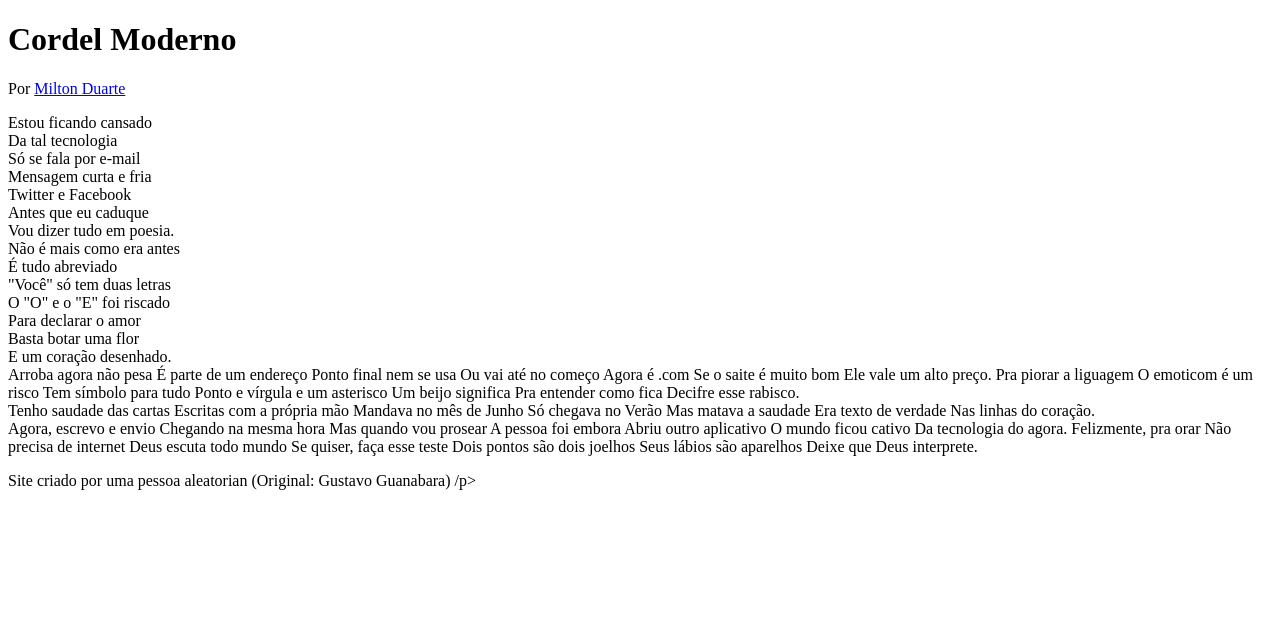
Repository: Codigo404q/html-css
Page: AHAHAHAHAHAHAHHHHHHHHHAHAHAHAHAHAHHAHAH/d012/index.html
These files come from the project's save history. The page is drawn as it stood at one moment and after a run of saves; the edit follows.
The browser window is 1280 px wide. The pictures show the whole page.

Above is the page before, as saved 2024-01-07 22:41:41.

After the next 4 saves:
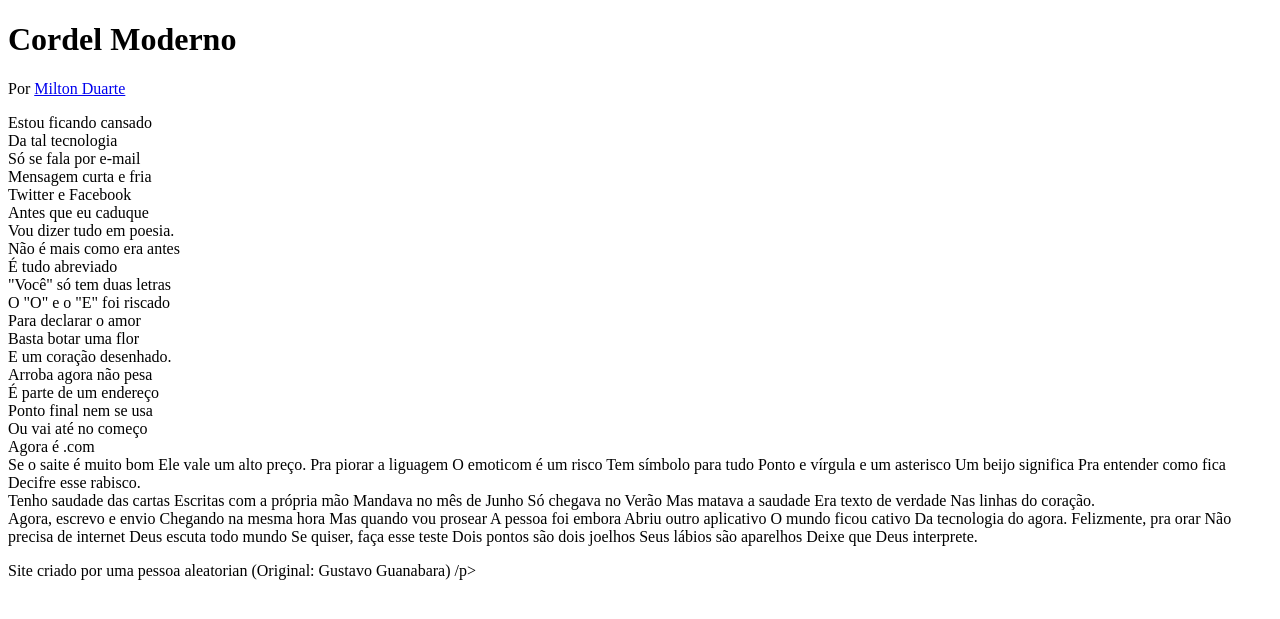
The 4 saves are shown as one change because they came seconds apart.
The last was saved 16 s later.
--- a/AHAHAHAHAHAHAHHHHHHHHHAHAHAHAHAHAHHAHAH/d012/index.html
+++ b/AHAHAHAHAHAHAHHHHHHHHHAHAHAHAHAHAHHAHAH/d012/index.html
@@ -36,11 +36,11 @@
 
 
     <section>
-        Arroba agora não pesa
-        É parte de um endereço
-        Ponto final nem se usa
-        Ou vai até no começo
-        Agora é .com
+        Arroba agora não pesa <br>
+        É parte de um endereço <br>
+        Ponto final nem se usa <br>
+        Ou vai até no começo <br>
+        Agora é .com <br>
         Se o saite é muito bom
         Ele vale um alto preço.
 
